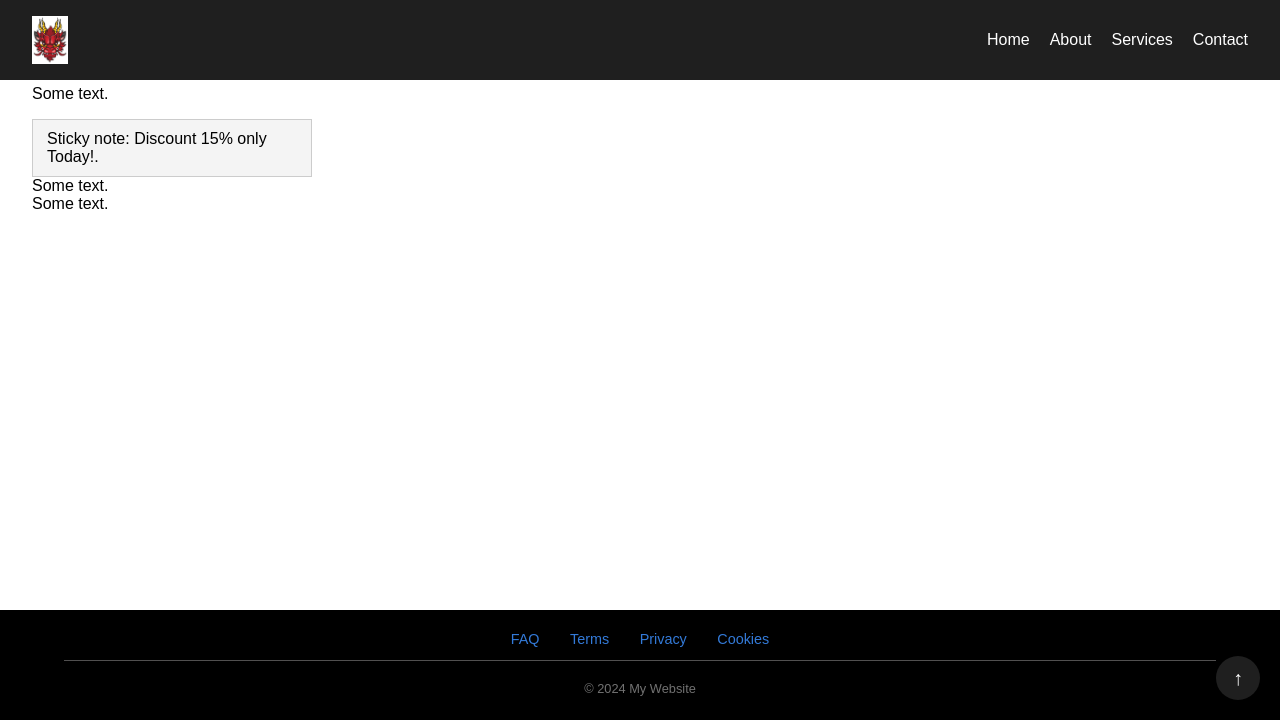
Repository: andreamm-lab/css-positioning-examples-2025-10
Page: index.html
These files come from the project's save history. The page is drawn as it stood at one moment and after the next save; the edit follows.
The browser window is 1280 px wide. The pictures show the whole page.

Above is the page before, as saved 2025-11-10 19:42:12.

### index.html
<!DOCTYPE html>
<html lang="en">
<head>
  <meta charset="UTF-8">
  <meta name="viewport" content="width=device-width, initial-scale=1.0">
  <title>Basic Nav Example</title>
  <link rel="stylesheet" href="./main.css">
</head>
<body>
  <header>
    <!-- Primary navigation -->
    <nav aria-label="Primary navigation">
      <a href="./index.html">
        <img src="./images/dragon.png" alt="Dragon logo">
      </a>
      <span class="spacer"></span>
      <ul>
        <li class="current"><a href="./index.html">Home</a></li>
        <li><a href="./pages/about.html">About</a></li>
        <li id="services-li">
          <a href="./pages/services.html">Services</a>
          <!-- Submenu -->
          <ul id="services-menu">
            <li><a href="#">Gardening</a></li>
            <li><a href="#">Landscaping</a></li>
            <li><a href="#">Weed Control</a></li>
            <li><a href="#">Tree Removal</a></li>
          </ul>
        </li>
        <li><a href="./pages/contact.html">Contact</a></li>
      </ul>
    </nav>
  </header>

  <main class="home-main">
    <h1 id="page-title" style="text-align: center;">Home Page</h1>

    <section class="section-a">
      <p>Some text.</p>

      <!-- Sticky Element in Home -->
      <div class="home-sticky-box">
        Sticky note: Discount 15% only Today!.
      </div>
    </section>

    <section class="section-b">
      <p>Some text.</p>
    </section>
    <section class="section-a">
      <p>Some text.</p>
    </section>
  </main>

  <!-- Button: type back to top -->
  <button id="back-to-top" onclick="window.scrollTo({top: 0, behavior: 'smooth'});">↑</button>

  <!------------------------------------- Footer ------------------------------------->
  <footer id="main-footer">
    <nav aria-label="Footer navigation">
      <ul>
        <li><a href="#">FAQ</a></li>
        <li><a href="#">Terms</a></li>
        <li><a href="#">Privacy</a></li>
        <li><a href="#">Cookies</a></li>
      </ul>
    </nav>

    <hr class="footer-line">

    <p>© 2024 My Website</p>
  </footer>
</body>
</html>

### main.css
/* 0.---------------------- General Setup ---------------------- */

*  {
    box-sizing: border-box; /* How to calculate dimensiones */
    margin: 0; /* Distance beetween words */
    padding: 0; /* Allow bullepoint to be visible */
}

/* All Font Page */
body {
    font-family: Arial, Helvetica, sans-serif;
    background-color: #ffffff;
    color: #000;
    min-height: 100vh;
    display: flex;
    flex-direction: column;
}

main {
    flex: 1;
    display: block;
    padding: 120px 32px 24px; /* top=120 to prevent content hidden by fixed header */
}

/* 1.---------------------- Header - Upper Menu - Encabezado ---------------------- */

/* background box and colors */
/* In Practice class: nav: means both header and footer
nav {
    padding: 10px 10px;
    min-height: 80px;
    background-color: #1F1F1F;
}
*/

/* Dimensions */
header {
    position: fixed; /* Added: keeps header always visible */
    top: 0;
    left: 0;
    width: 100%;
    z-index: 1000;
}

header nav {
    padding: 10px 32px;
    min-height: 80px;
    background-color: #1F1F1F;
    display: flex; /*added*/
    align-items: center;           /* vertical */
    justify-content: space-between; /* separates logo and menu */
}

/* Icon - Image */
header nav img {
    max-height: 48px;
    background-color: white;
    display: inline-block;  /* added */
    vertical-align: middle; /* added */
}

/* Top Horizontal Menu */

/* Aligning calculation*/
/* In class:
.spacer {
    display: inline-block;
    width: calc(100% - 40px - 320px);
}
*/
/* If 0 first number: result left. If 100% results right */

/* Text Relation with image */
header nav ul {
    list-style: none;
    display: flex;
    gap: 20px;
}

/* Word Colors depending their status */
/* Word clicked */
header nav ul li a {
    text-decoration: none;
    color: white;
}

/* Text color if we are in the current page*/
header nav ul li a.current {
    color: aquamarine;
    font-weight: bold;
}

/* Mouse over the word */
header nav ul li a:hover {
    color: aquamarine/* rgb(92, 229, 0) in class*/;
}

/* ---------------------- Added from Cursada: Dropdown Menu ---------------------- */

/* Services dropdown menu */
#services-li {
    position: relative;
}

#services-li:hover #services-menu {
    opacity: 1;
    visibility: visible;
    transform: translateY(0);
}

#services-menu {
    position: absolute;
    top: 100%;
    left: 0;
    z-index: 2000;
    margin: 0;
    padding: 4px 16px;
    background-color: #0e0e0e;
    visibility: hidden;
    opacity: 0;
    transform: translateY(-6px);
    transition: opacity 0.3s, transform 0.15s;
    list-style: none;

    display: block; /* evita que herede el flex del menú principal */
}

#services-menu li {
    display: block; /* lista vertical*/
    margin: 0;
    padding: 4px 0;
}

#services-menu a {
    display: inline-block;
    white-space: nowrap;
    color: #fff;
    text-decoration: none;
}

#services-menu a:hover {
    text-decoration: none;
    color: aquamarine
}

/* 1.2.special part -------------------------------- Side Menu --------------------------------------------------*/

/* Side menu on Services */
.page {
    display: flex;   /* content in columns */
    gap: 0;
}

/* Dimensions */
.main-content {
    width: 72%;
    vertical-align: top;
}

/* Style */
.side-nav {
    width: 28%;
    background-color: #000000;
    color: #fff;
    margin: 0;                /* sin espacio externo */
    padding: 0;               /* sin espacio interno general */
    border: none;             /* sin borde */
    box-sizing: border-box;
    min-height: 100%;         /* ocupa todo el alto */
}

/* Title: Categories - Dimensions */
.side-nav h2 {
    margin: 0;
    padding: 16px 16px 8px;
    font-size: 1.6rem;
    font-weight: 700;
}

/* List Dimensions */
.side-nav ul {
    list-style: none;
    margin: 0;
    padding: 0 16px 16px;
}

.side-nav ul li {
    margin: 0;
    padding: 6px 0;
}

/* Colors */
.side-nav ul li a {
    color: #4bb4ff;
    text-decoration: none;
    display: inline-block;
    width: 100%;
}

.side-nav ul li a:hover {
    text-decoration: underline;
    background-color: #1f1f1f;
}

/* 2.---------------------- Main / Home content ---------------------- */

/* Space size */
main {
    display: block;
    padding: 24px 32px;
}

main.page {
    padding: 0px 0px 0px 0px; /* top=0 keeps borders united with header and footer */
}

/* Title: Home Page */
#page-title {
    font-size: 2rem;
    text-align: center;
    margin-bottom: 24px;
}

/* text cards */
.card-grid {
    display: block;
}

.card {
    background-color: #f0f0f0;
    border: 1px solid #d0d0d0;
    border-radius: 6px;
    padding: 16px;
    margin-bottom: 16px;
}

.card h2 {
    margin-bottom: 8px;
}

/* elemento sticky dentro del contenido de Home */
.home-sticky-box {
    position: sticky;
    top: 120px; /* aparece debajo del header fijo */
    background-color: #f4f4f4;
    border: 1px solid #ccc;
    padding: 10px 14px;
    margin-top: 16px;
    max-width: 280px;
}

/* botón back-to-top */
#back-to-top {
    position: fixed;  /* scrolls with the page */
    bottom: 20px;
    right: 20px;
    background-color: #1F1F1F;
    color: #fff;
    border: none;
    border-radius: 50%;
    width: 44px;
    height: 44px;
    font-size: 20px;
    cursor: pointer;
    box-shadow: 0 2px 6px rgba(0,0,0,0.3);
    z-index: 3000;
}

/* 3.---------------------- Footer ---------------------- */
#main-footer {
    background-color: #000000;
    color: #717171;
    text-align: center;
    padding: 16px 0 24px;
    margin: 0;
    width: 100%;
}

#main-footer nav {
    background: none;
    padding: 0;
    margin: 0 auto;
}

/* FAQ, Terms, etc. */
#main-footer nav ul {
    display: inline-block;
    list-style: none;
    margin: 4px; /* Distance between FAQ text and white line */
    padding: 0;
    /*border-bottom: 1px solid white */ /*another option to do it*/;
}

#main-footer nav ul li {
    display: inline-block;
    margin: 0 13px;  /*Distance between words in footer: FAQ, Terms, etc. */
}

#main-footer nav ul li a {
    color: rgb(51, 122, 216); /* Text color */
    text-decoration: none;
    font-size: 0.9rem;
}

/* Line separation */
.footer-line {
  border: none;
  border-top: 1px solid rgba(203, 201, 201, 0.4); /* mismo grosor, más suave */
  width: 90%;
  margin: 8px auto 12px;
}

/* Last Line Text: My Website */
#main-footer p {
    font-size: 0.8rem;
    margin: 0;
    padding-top: 8px;
}

After the next save:
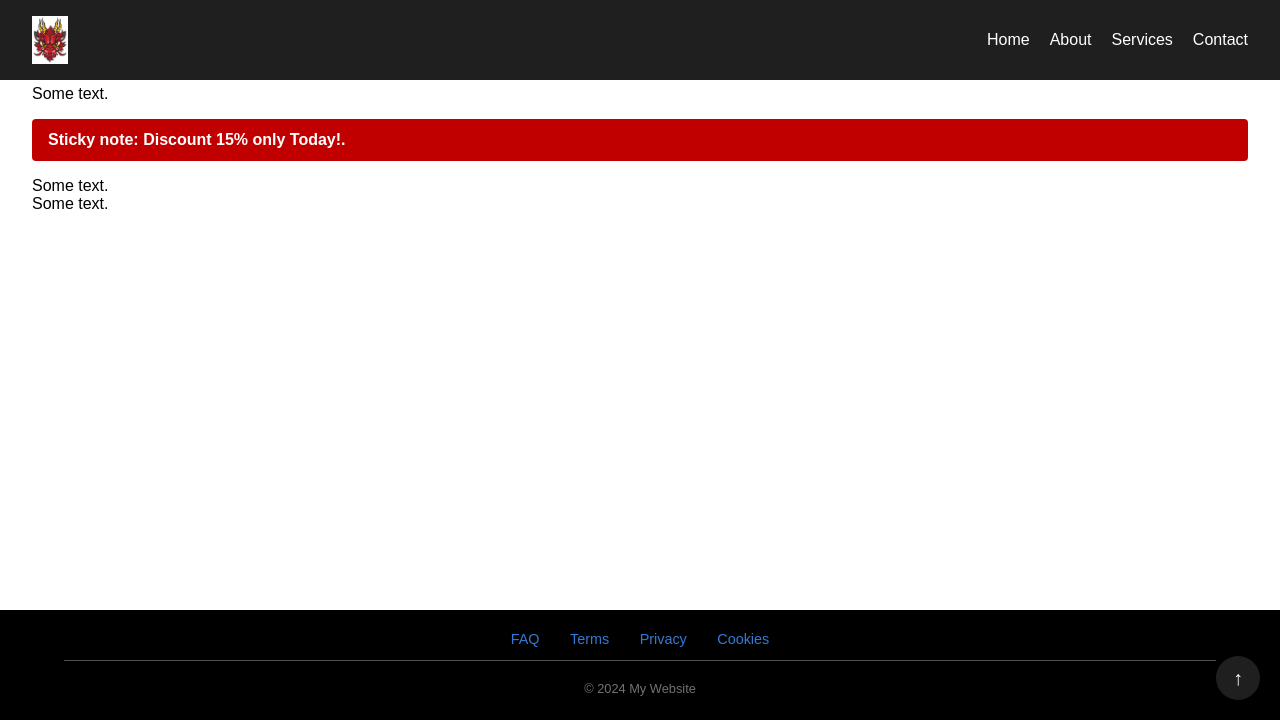
Saved 16 min 17 s later.
--- a/main.css
+++ b/main.css
@@ -221,6 +221,25 @@ main.page {
     margin-bottom: 24px;
 }
 
+/* sticky rojo horizontal */
+.home-sticky-box {
+    position: sticky;
+    top: 120px; /* aparece debajo del header fijo */
+    background-color: #c00000; /* fondo rojo */
+    color: #fff;               /* letras blancas */
+    padding: 12px 16px;
+    margin: 16px 0;
+    width: 100%;               /* ocupa todo lo horizontal del contenedor */
+    border-radius: 4px;
+    font-weight: 600;
+}
+
+/* subtítulo debajo del sticky */
+.home-subtitle {
+    margin-top: 16px;
+    font-size: 1.4rem;
+}
+
 /* text cards */
 .card-grid {
     display: block;
@@ -238,15 +257,18 @@ main.page {
     margin-bottom: 8px;
 }
 
-/* elemento sticky dentro del contenido de Home */
-.home-sticky-box {
-    position: sticky;
-    top: 120px; /* aparece debajo del header fijo */
-    background-color: #f4f4f4;
-    border: 1px solid #ccc;
-    padding: 10px 14px;
-    margin-top: 16px;
-    max-width: 280px;
+/* parrafos con imágenes hechas con símbolos, tipo mecanografía */
+.symbol-art {
+    font-family: "Courier New", Courier, monospace;
+    font-size: 0.85rem;
+    line-height: 1.1;
+    margin-top: 14px;
+    background-color: #f5f5f5;
+    border: 1px solid #ddd;
+    padding: 10px 12px;
+    display: block;          /* que ocupe todo el ancho */
+    white-space: pre;        /* respeta los espacios del arte */
+    overflow-x: auto;        /* por si el arte es ancho */
 }
 
 /* botón back-to-top */
